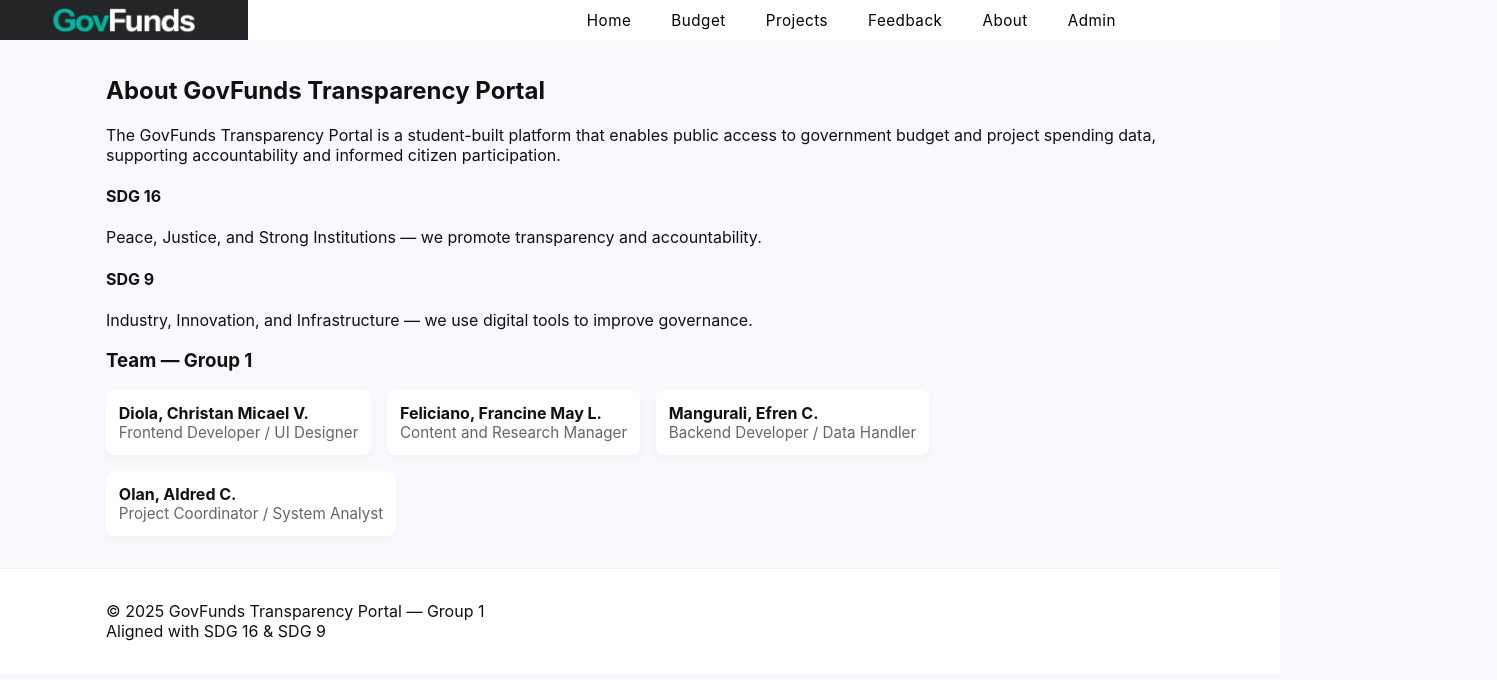
Repository: efren319/GovFunds
Page: http://localhost/about
An editor plug-in stored every save of this project. The page is shown before and after the next save, followed by the edit.
The browser window is 1280 px wide. The page is 1280 px wide, then 1497 px, so the pictures cover 1497 px, including what lies to the right of the window. The pictures show the whole page.
The page is served by the project's application, run on Flask 3 (app.py).

Above is the page before, as saved 2025-11-10 21:40:50.

### templates/about.html
<!-- templates/about.html -->
{% extends "base.html" %}
{% block content %}
<h2>About GovFunds Transparency Portal</h2>
<p>The GovFunds Transparency Portal is a student-built platform that enables public access to government budget and project spending data, supporting accountability and informed citizen participation.</p>

<section class="sdg-cards">
  <div class="sdg">
    <h4>SDG 16</h4>
    <p>Peace, Justice, and Strong Institutions — we promote transparency and accountability.</p>
  </div>
  <div class="sdg">
    <h4>SDG 9</h4>
    <p>Industry, Innovation, and Infrastructure — we use digital tools to improve governance.</p>
  </div>
</section>

<h3>Team — Group 1</h3>
<div class="team-grid">
  {% for t in team %}
  <div class="team-card">
    <strong>{{ t.name }}</strong>
    <div class="muted">{{ t.role }}</div>
  </div>
  {% endfor %}
</div>
{% endblock %}

### templates/base.html
<!-- templates/base.html -->
<!doctype html>
<html lang="en">
<head>
  <meta charset="utf-8">
  <meta name="viewport" content="width=device-width,initial-scale=1">
  <title>GovFunds Transparency Portal</title>
  <link rel="stylesheet" href="{{ url_for('static', filename='style.css') }}?v=3">
  <script src="https://cdn.jsdelivr.net/npm/chart.js"></script>
</head>
<body>
  <header class="nav">
    <div class="logo"><a href="{{ url_for('home') }}"><img src="{{ url_for('static', filename='logo.png') }}" alt="GovFunds Logo"></a></div>
    <div class="nav-inner">
      <nav>
        <a href="{{ url_for('home') }}">Home</a>
        <a href="{{ url_for('budget') }}">Budget</a>
        <a href="{{ url_for('projects') }}">Projects</a>
        <a href="{{ url_for('feedback') }}">Feedback</a>
        <a href="{{ url_for('about') }}">About</a>
        <a href="{{ url_for('admin') }}" class="admin-link">Admin</a>
      </nav>
    </div>
  </header>

  {% block hero %}{% endblock %}

  <main class="container">
    {% with messages = get_flashed_messages(with_categories=true) %}
      {% if messages %}
        <div class="flash-list">
          {% for category, msg in messages %}
            <div class="flash {{ category }}">{{ msg }}</div>
          {% endfor %}
        </div>
      {% endif %}
    {% endwith %}
    {% block content %}{% endblock %}
  </main>

  <footer class="footer">
    <div class="container">
      <div>© 2025 GovFunds Transparency Portal — Group 1</div>
      <div>Aligned with SDG 16 & SDG 9</div>
    </div>
  </footer>
</body>
</html>

### app.py
# app.py
from flask import Flask, render_template, g, request, redirect, url_for, jsonify, flash
import sqlite3
import os

BASE_DIR = os.path.dirname(os.path.abspath(__file__))
DB_PATH = os.path.join(BASE_DIR, 'govfunds.db')
DATABASE = "govfunds.db"

app = Flask(__name__)
app.secret_key = 'replace-with-a-secure-key'  # change in production

def get_db():
    db = getattr(g, "_database", None)
    if db is None:
        db = g._database = sqlite3.connect(DATABASE)
        db.row_factory = sqlite3.Row  # <-- this is important
    return db

@app.teardown_appcontext
def close_connection(exception):
    db = getattr(g, '_database', None)
    if db is not None:
        db.close()

# Home
@app.route('/')
def home():
    db = get_db()
    cur = db.execute("SELECT COUNT(*) as cnt, SUM(allocated_budget) as total_alloc, SUM(spent) as total_spent FROM projects")
    stats = cur.fetchone()
    projects_count = stats['cnt'] or 0
    total_alloc = stats['total_alloc'] or 0
    total_spent = stats['total_spent'] or 0
    return render_template('home.html',
                           projects_count=projects_count,
                           total_alloc=total_alloc,
                           total_spent=total_spent)

@app.route('/budget')
def budget():
    db = get_db()
    projects = db.execute("SELECT * FROM projects").fetchall()

    # Get selected year from query parameter (default to 2025)
    selected_year = request.args.get('year', 2025, type=int)

    # Annual budgets data
    annual_budgets = {
        2023: 5268000000000,
        2024: 5768000000000,
        2025: 6326000000000
    }

    # Get department budget data from database for selected year
    department_budgets = db.execute(
        "SELECT department, budget FROM department_budgets WHERE year = ? ORDER BY budget DESC",
        (selected_year,)
    ).fetchall()

    dept_labels = [d['department'] for d in department_budgets]
    dept_data = [d['budget'] for d in department_budgets]

    # Get regional budget data from database for selected year
    regional_budgets = db.execute(
        "SELECT region, budget FROM region_budgets WHERE year = ? ORDER BY region",
        (selected_year,)
    ).fetchall()

    region_labels = [r['region'] for r in regional_budgets]
    region_data = [r['budget'] for r in regional_budgets]

    # Get available years
    available_years = db.execute(
        "SELECT DISTINCT year FROM region_budgets ORDER BY year DESC"
    ).fetchall()
    years = [row['year'] for row in available_years]

    print("Department Labels:", dept_labels)
    print("Department Data:", dept_data)
    print("Region Labels:", region_labels)
    print("Region Data:", region_data)
    print("Selected Year:", selected_year)

    return render_template(
        'budget.html',
        projects=projects,
        dept_labels=dept_labels,
        dept_data=dept_data,
        region_labels=region_labels,
        region_data=region_data,
        selected_year=selected_year,
        available_years=years,
        annual_budget=annual_budgets.get(selected_year, 0),
        department_budgets_list=department_budgets
    )


# API endpoint for budget data (used by Chart.js)
@app.route('/api/budget_data')
def budget_data():
    db = get_db()
    cur = db.execute("SELECT department, SUM(allocated_budget) as allocated, SUM(spent) as spent FROM projects GROUP BY department")
    rows = [dict(r) for r in cur.fetchall()]
    return jsonify(rows)

# Projects listing
@app.route('/projects')
def projects():
    db = get_db()
    cur = db.execute("SELECT * FROM projects ORDER BY id DESC")
    projects = cur.fetchall()
    return render_template('projects.html', projects=projects)

# Project detail
@app.route('/project/<int:pid>')
def project_detail(pid):
    db = get_db()
    cur = db.execute("SELECT * FROM projects WHERE id = ?", (pid,))
    project = cur.fetchone()
    if not project:
        flash('Project not found', 'warning')
        return redirect(url_for('projects'))
    return render_template('project_detail.html', project=project)

# Feedback form
@app.route('/feedback', methods=['GET', 'POST'])
def feedback():
    db = get_db()
    if request.method == 'POST':
        name = request.form.get('name', '').strip()
        email = request.form.get('email', '').strip()
        message = request.form.get('message', '').strip()
        if not message:
            flash('Please enter a message', 'danger')
            return redirect(url_for('feedback'))
        db.execute("INSERT INTO feedback (name,email,message) VALUES (?,?,?)", (name, email, message))
        db.commit()
        flash('Thank you — your feedback has been submitted.', 'success')
        return redirect(url_for('feedback'))
    cur = db.execute("SELECT * FROM feedback ORDER BY created_at DESC LIMIT 10")
    recent = cur.fetchall()
    return render_template('feedback.html', recent=recent)

# About
@app.route('/about')
def about():
    team = [
        {'name': 'Diola, Christan Micael V.', 'role': 'Frontend Developer / UI Designer'},
        {'name': 'Feliciano, Francine May L.', 'role': 'Content and Research Manager'},
        {'name': 'Mangurali, Efren C.', 'role': 'Backend Developer / Data Handler'},
        {'name': 'Olan, Aldred C.', 'role': 'Project Coordinator / System Analyst'}
    ]
    return render_template('about.html', team=team)

# Simple admin to add projects (demo only — protect in production)
@app.route('/admin', methods=['GET', 'POST'])
def admin():
    db = get_db()
    if request.method == 'POST':
        name = request.form.get('name','').strip()
        dept = request.form.get('department','').strip()
        desc = request.form.get('description','').strip()
        allocated = float(request.form.get('allocated_budget') or 0)
        spent = float(request.form.get('spent') or 0)
        status = request.form.get('status') or 'Planned'
        region = request.form.get('region','').strip()
        db.execute(
            "INSERT INTO projects (name, department, description, allocated_budget, spent, status, region) VALUES (?,?,?,?,?,?,?)",
            (name, dept, desc, allocated, spent, status, region)
        )
        db.commit()
        flash('Project added.', 'success')
        return redirect(url_for('admin'))
    cur = db.execute("SELECT * FROM projects ORDER BY id DESC LIMIT 50")
    projects = cur.fetchall()
    return render_template('admin.html', projects=projects)

if __name__ == '__main__':
    app.run(debug=True)

### static/style.css
/* static/style.css */

:root {
  --navy: #00B49F;
  --gold: #FFD700;
  --muted: #666;
  --bg: #f7f9fc;
}

* {
  box-sizing: border-box;
}

html {
  margin: 0;
  padding: 0;
}

body {
  font-family: Inter, Roboto, Poppins, Arial, sans-serif;
  margin: 0;
  padding: 0;
  background: var(--bg);
  color: #111;
}

.container {
  max-width: 1100px;
  margin: 0 auto;
  padding: 1rem;
}

.logo img {
  height: 40px;
}

/* Navigation Styles */
.nav {
  background: #ffffff;
  color: #fff;
  position: sticky;
  top: 0;
  z-index: 100;
  display: flex;
  align-items: stretch;
  padding: 0;
  gap: 0;
  margin: 0;
  width: 100%;
}

.logo {
  flex-shrink: 0;
  display: flex;
  align-items: stretch;
  margin: 0;
  background: #ffffff;
}

.logo a {
  text-decoration: none;
  display: flex;
  align-items: center;
  padding: 0px;
  margin: 0;
}

.logo img {
  height: 40px;
}

.nav-inner {
  display: flex;
  justify-content: flex-end;
  align-items: stretch;
  flex: 1;
  padding: 0 164px;
}

nav {
  display: flex;
  gap: 2.5rem;
  align-items: center;
  height: 100%;
}

nav a {
  color: #000;
  text-decoration: none;
  font-weight: 400;
  font-size: 0.95rem;
  letter-spacing: 0.5px;
  display: flex;
  align-items: center;
  height: 100%;
}

nav a.admin-link {
  background: transparent;
  color: #000;
  padding: 0;
  border-radius: 0;
}

/* Hero Section */
.hero {
  background: #fff;
  padding: 2rem;
  border-radius: 8px;
  margin: 1rem 0;
  box-shadow: 0 6px 18px rgba(3, 3, 3, 0.06);
}

/* Annual Budget Hero Section - Full Width */
.annual-budget-hero {
  background: url('/static/budget_bg.png') center/cover;
  color: #fff;
  padding: 4rem 2rem;
  margin: 0;
  margin-top: -70px;
  box-shadow: 0 8px 24px rgba(0, 0, 0, 0.15);
  width: 100vw;
  position: relative;
  left: 50%;
  right: 50%;
  margin-left: -50vw;
  margin-right: -50vw;
}

.annual-budget-hero-content {
  display: flex;
  justify-content: space-between;
  align-items: center;
  gap: 2rem;
  flex-wrap: wrap;
  max-width: 1400px;
  padding-top: 30px;
  margin: 0 auto;
}

.annual-budget-left {
  flex: 1;
  min-width: 300px;
  background: #1e1e1e;
  border-radius: 16px;
  padding: 15px;
}

.annual-budget-left p {
  margin: 0 0 0.5rem;
  font-size: 1.5rem;
  opacity: 0.9;
}

.annual-budget-left h1 {
  color: #00B49F;
  margin: 0;
  font-size: 3.0rem;
  font-weight: 700;
}

.annual-budget-left p:last-child {
  margin: 0.5rem 0 0;
  font-size: 1.5rem;
  opacity: 0.9;
}

.annual-budget-right {
  flex: 1;
  min-width: 300px;
  background: rgba(255, 255, 255, 0.1);
  padding: 1.2rem;
  border-radius: 16px;
  border: 2px solid #1e1e1e79;
  backdrop-filter: blur(10px);
}

.annual-budget-right p {
  margin: 0;
}

.annual-budget-right p:first-child {
  margin: 0 0 0.5rem;
  font-size: 1.2rem;
  opacity: 0.9;
}

#deptName {
  margin: 0.5rem 0;
  font-size: 1.6rem;
  font-weight: 600;
}

#deptBudget {
  color: #1e1e1e;
  margin: 0;
  font-size: 2.5rem;
  font-weight: 700;
}

.hero h1 {
  margin: 0 0 .25rem;
  font-size: 1.8rem;
}

.hero p {
  margin: 0 0 1rem;
  color: var(--muted);
}

.hero-cta .btn {
  margin-right: 0.6rem;
}

.btn {
  background: var(--navy);
  color: #fff;
  padding: 0.6rem 1rem;
  border: none;
  border-radius: 6px;
  text-decoration: none;
  display: inline-block;
}

.btn.outline {
  background: transparent;
  border: 2px solid var(--navy);
  color: var(--navy);
}

.hero-stats {
  display: flex;
  gap: 1rem;
  margin-top: 1rem;
}

.stat {
  background: #f1f6fb;
  padding: 0.8rem;
  border-radius: 8px;
  flex: 1;
  text-align: center;
}

.stat-value {
  font-weight: 700;
  font-size: 1.1rem;
}

.stat-label {
  color: var(--muted);
  font-size: 0.9rem;
}

/* Cards and Quick Links */
.quick-cards {
  display: flex;
  gap: 1rem;
  margin: 1rem 0;
}

.card {
  flex: 1;
  background: #fff;
  padding: 1rem;
  border-radius: 8px;
  box-shadow: 0 6px 12px rgba(3, 3, 3, 0.04);
}

.small-link {
  display: inline-block;
  margin-top: 0.6rem;
  color: var(--navy);
  text-decoration: none;
}

/* Charts and Tables */
.chart-row {
  background: #fff;
  padding: 1rem;
  border-radius: 8px;
  margin: 1rem 0;
}

.table-section {
  background: #fff;
  padding: 1rem;
  border-radius: 8px;
  margin: 1rem 0;
}

.data-table {
  width: 100%;
  border-collapse: collapse;
}

.data-table th,
.data-table td {
  padding: 0.6rem;
  border-bottom: 1px solid #eee;
  text-align: left;
}

/* Projects Grid */
.projects-grid {
  display: grid;
  grid-template-columns: repeat(auto-fit, minmax(260px, 1fr));
  gap: 1rem;
}

.project-card {
  background: #fff;
  padding: 1rem;
  border-radius: 8px;
  box-shadow: 0 6px 12px rgba(3, 3, 3, 0.04);
}

.project-meta {
  display: flex;
  gap: 1rem;
  justify-content: space-between;
  margin-top: 0.5rem;
  color: var(--muted);
  font-size: 0.9rem;
}

/* Forms */
.form {
  background: #fff;
  padding: 1rem;
  border-radius: 8px;
  box-shadow: 0 6px 12px rgba(3, 3, 3, 0.04);
}

.form-row {
  margin-bottom: 0.6rem;
  display: flex;
  gap: 0.5rem;
}

.form-row input,
.form-row textarea,
select {
  flex: 1;
  padding: 0.6rem;
  border: 1px solid #ddd;
  border-radius: 6px;
}

/* Feedback */
.feedback-list {
  list-style: none;
  padding: 0;
}

.feedback-list li {
  background: #fff;
  padding: 0.8rem;
  margin-bottom: 0.6rem;
  border-radius: 6px;
}

.muted {
  color: var(--muted);
  font-size: 0.95rem;
}

/* Footer */
.footer {
  background: #fff;
  padding: 1rem;
  margin-top: 1rem;
  border-top: 1px solid #eee;
}

/* Team Section */
.team-grid {
  display: flex;
  gap: 1rem;
  flex-wrap: wrap;
}

.team-card {
  background: #fff;
  padding: 0.8rem;
  border-radius: 8px;
  min-width: 200px;
  box-shadow: 0 4px 10px rgba(3, 3, 3, 0.03);
}

/* Flash Messages */
.flash-list .flash {
  margin: 0.6rem 0;
  padding: 0.6rem;
  border-radius: 6px;
}

.flash.success {
  background: #e6f9ec;
  color: #084c22;
}

.flash.danger {
  background: #fdecea;
  color: #7a1b1b;
}

.flash.warning {
  background: #fff4e5;
  color: #5b3b00;
}

After the next save:
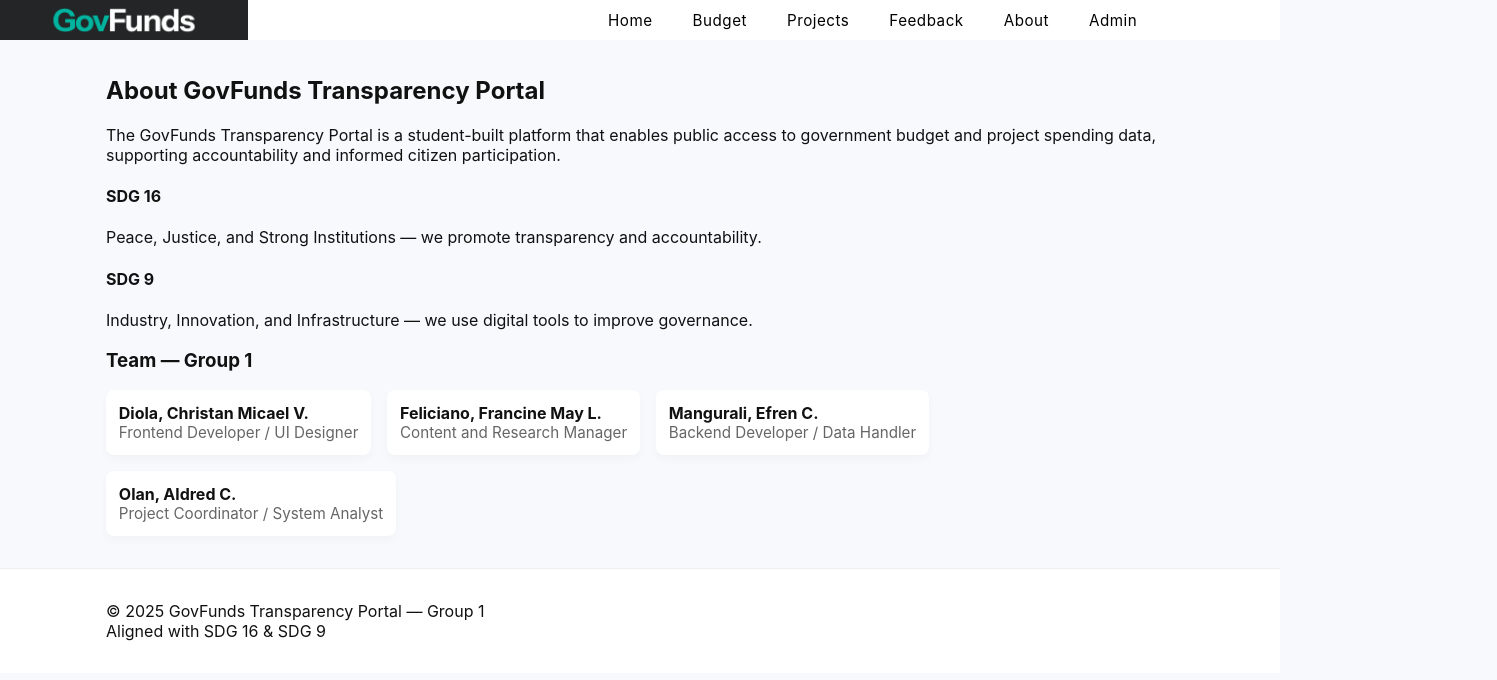
Saved 10 s later.
--- a/static/style.css
+++ b/static/style.css
@@ -74,7 +74,7 @@ body {
   justify-content: flex-end;
   align-items: stretch;
   flex: 1;
-  padding: 0 164px;
+  padding: 0 360px;
 }
 
 nav {
